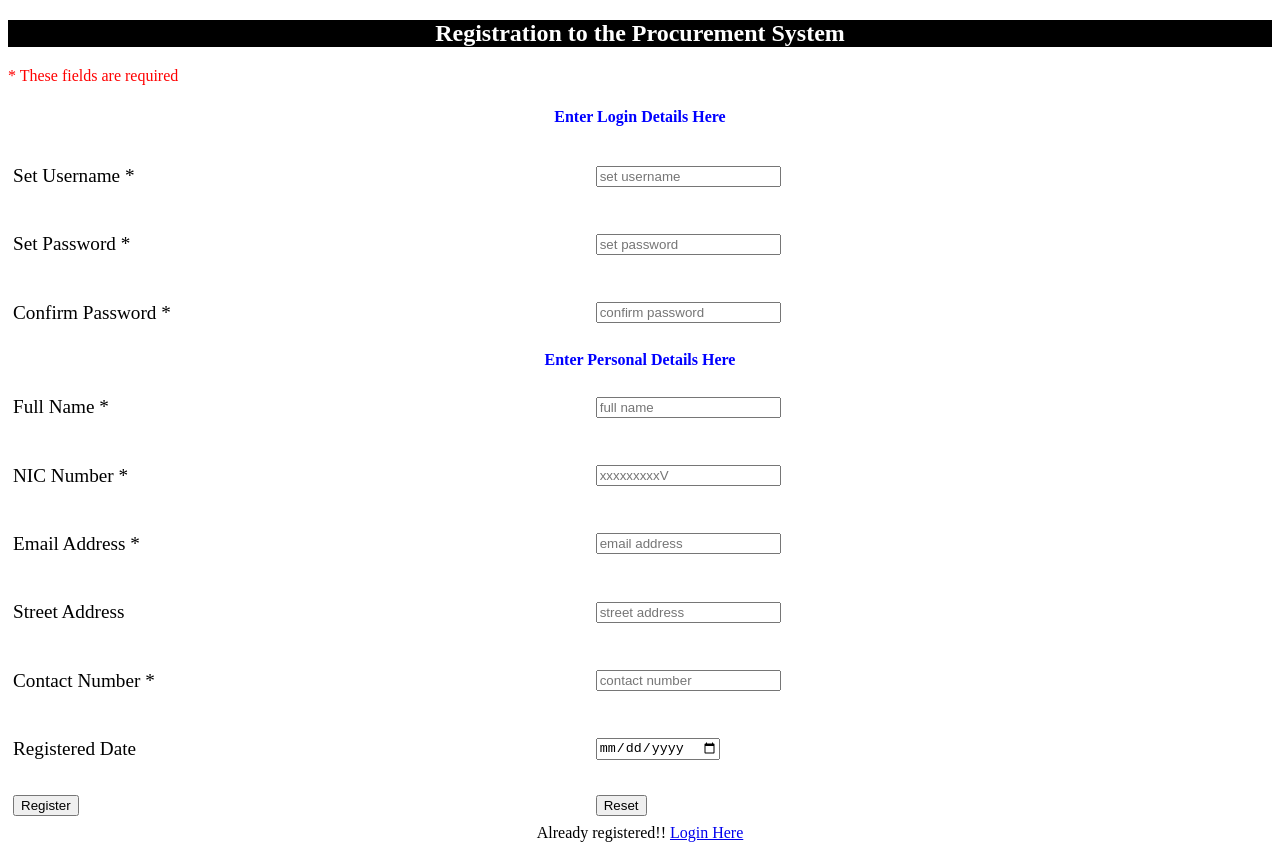
Repository: nirmaniPathiranage/CSSE-Procurement-Management
Page: http://localhost/Item_Management/Register.jsp
The author's editor kept a copy of each file at every save. The page is drawn from the files as they stood at one save, then again after the next save.
The browser window is 1280 px wide. The pictures show the whole page.
The page is served by Tomcat 9.

Above is the page before, as saved 2019-09-29 17:53:16.

After the next save:
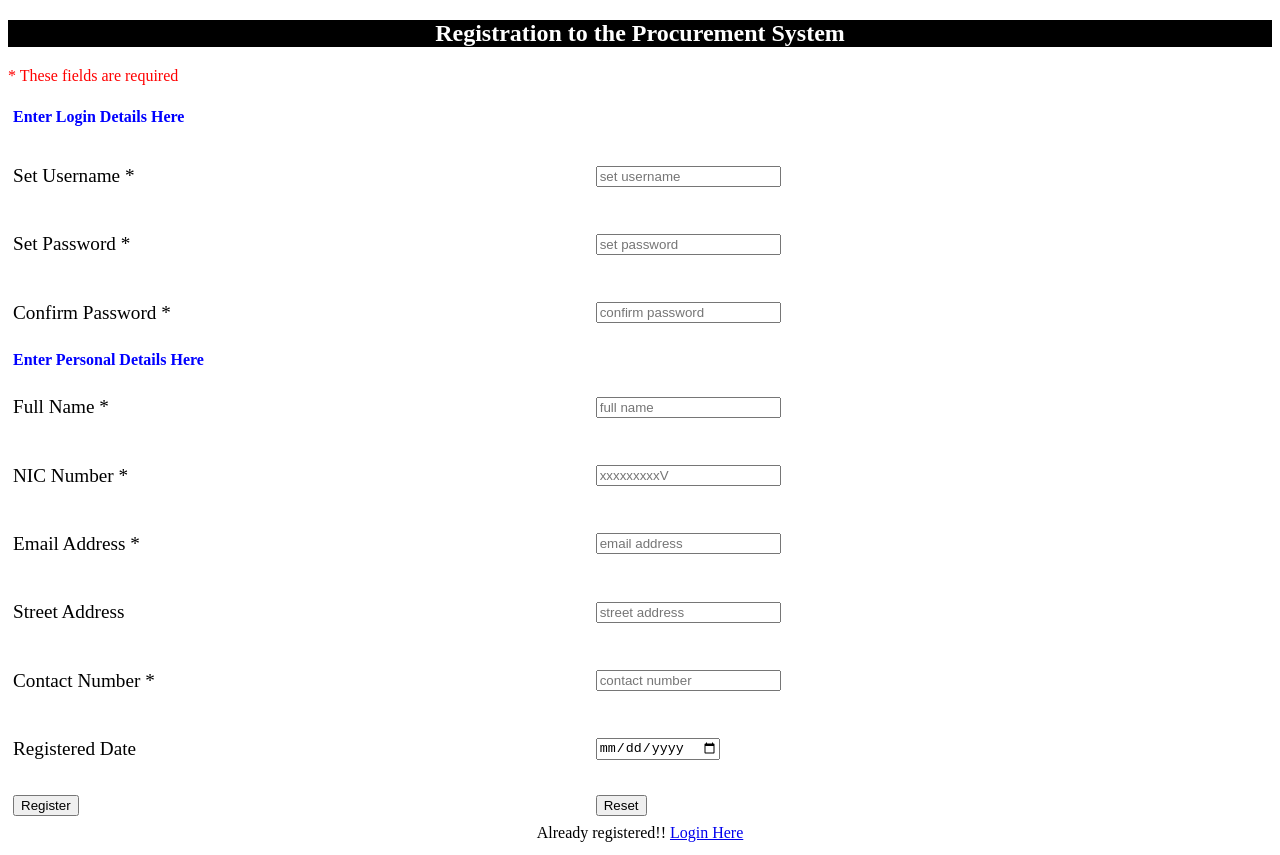
Saved 21 s later.
--- a/Item_Management/WebContent/Register.jsp
+++ b/Item_Management/WebContent/Register.jsp
@@ -57,7 +57,7 @@
 			to the Procurement System</h2>
 	</center>
 
-	<form style="text-align: none;" name="form" action="RegisterServlet"
+	<form style="text-align: left;" name="form" action="RegisterServlet"
 		method="post" onSubmit="return validate();">
 		<table border="0" cellpadding="3" style="width: 100%">
 			<font color="red">* These fields are required</font>
